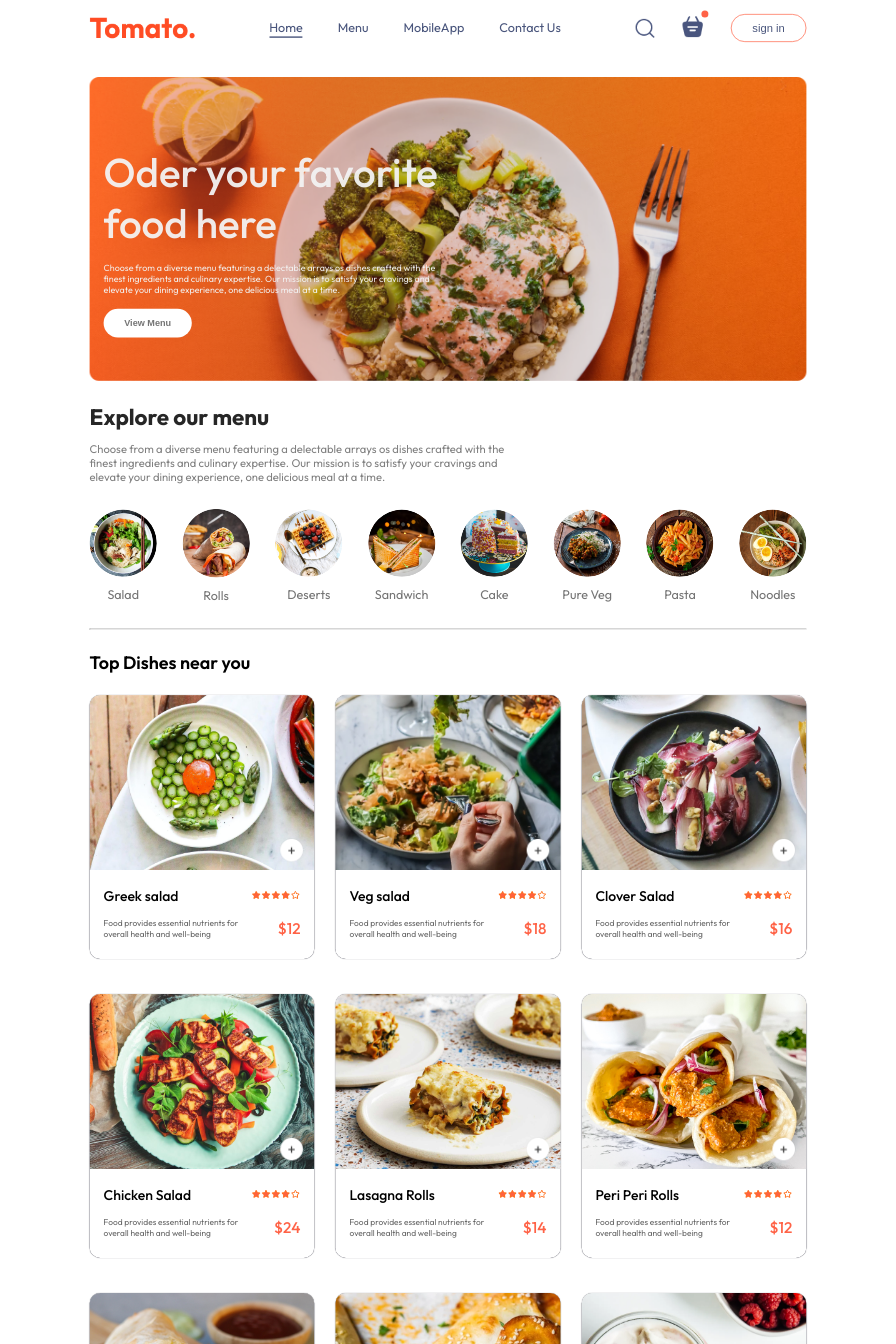
Repository: guilhermecardoso93/tomato-front-end
Page: /
An editor plug-in stored every save of this project. The page is shown before and after the next save, followed by the edit.
The browser window is 1280 px wide. The pictures show the part of the page from y = 0 to 1920 px (the page is 6357 px tall), at 70% of full size.
The project was rebuilt for these pictures with package versions that can differ from the ones it lists, and the page was loaded fresh each time. Also part of the build but not shown: vite.config.js, src/pages/Cart/styles.css, src/pages/Cart/index.jsx, src/pages/PlaceOrder/styles.css, src/pages/PlaceOrder/index.jsx.

Above is the page before, as saved 2024-10-31 19:17:32.

### index.html
<!doctype html>
<html lang="en">

<head>
    <meta charset="UTF-8" />
    <link rel="icon" type="image/svg+xml" href="" />
    <link rel="preconnect" href="https://fonts.googleapis.com">
    <link rel="preconnect" href="https://fonts.gstatic.com" crossorigin>
    <link href="https://fonts.googleapis.com/css2?family=Inter:ital,opsz,wght@0,14..32,100..900;1,14..32,100..900&family=Outfit:wght@100..900&display=swap" rel="stylesheet">
    <meta name="viewport" content="width=device-width, initial-scale=1.0" />
    <title>Tomato</title>
</head>

<body>
    <div id="root"></div>
    <script type="module" src="/src/main.jsx"></script>
</body>

</html>

### src/main.jsx
import { StrictMode } from "react";
import { createRoot } from "react-dom/client";
import "./index.css";
import { App } from "./App.jsx";
import { BrowserRouter } from "react-router-dom";
import StoreContextProvider from "./context/StoreContext.jsx";

createRoot(document.getElementById("root")).render(
  <BrowserRouter>
    <StoreContextProvider>
      <App />
    </StoreContextProvider>
  </BrowserRouter>
);

### src/index.css
* {
  padding: 0;
  margin: 0;
  box-sizing: border-box;
}

body {
  min-height: 100vh;
  font-family: "Outfit", sans-serif;
}

a {
  text-decoration: none;
  color: inherit;
}

.app {
  width: 80%;
  margin: auto;
  margin-bottom: 2rem;
}

@keyframes fadeIn {
  0% {
    opacity: 0;
  }

  100% {
    opacity: 1;
  }
}

### src/App.jsx
import { Routes, Route } from "react-router-dom";
import { Navbar } from "./components/Navbar";

import { Home } from "./pages/Home";
import { Cart } from "./pages/Cart";
import { PlaceOrder } from "./pages/PlaceOrder";
import { Footer } from "./components/Footer";

export function App() {
  return (
    <>
      <div className="app">
        <Navbar />
        <Routes>
          <Route path="/" element={<Home />} />
          <Route path="/cart" element={<Cart />} />
          <Route path="/order" element={<PlaceOrder />} />
        </Routes>
      </div>
      <Footer />
    </>
  );
}

### src/context/StoreContext.jsx
import { createContext, useEffect, useState } from "react";
import { food_list } from "../assets/assets";

export const StoreContext = createContext(null);

const StoreContextProvider = (props) => {
  const [cartItems, setCartItems] = useState({});

  const addCart = (itemId) => {
    if (!cartItems[itemId]) {
      setCartItems((prev) => ({ ...prev, [itemId]: 1 }));
    } else {
      setCartItems((prev) => ({ ...prev, [itemId]: prev[itemId] + 1 }));
    }
  };

  const removeFromCart = (itemId) => {
    setCartItems((prev) => ({ ...prev, [itemId]: prev[itemId] - 1 }));
  };

  const contextValue = {
    food_list,
    cartItems,
    setCartItems,
    addCart,
    removeFromCart,
  };

  useEffect(() => {
    console.log(cartItems);
  }, [cartItems]);

  return (
    <StoreContext.Provider value={contextValue}>
      {props.children}
    </StoreContext.Provider>
  );
};

export default StoreContextProvider;

### src/components/Navbar/index.jsx
import { useState } from "react";
import { assets } from "../../assets/assets";
import "./styles.css";

export const Navbar = () => {
  const [menu, setMenu] = useState("Home");

  return (
    <div className="navbar">
      <img src={assets.logo} alt="Logo" className="logo" />
      <ul className="navbar-menu">
        <li
          onClick={() => setMenu("Home")}
          className={menu === "Home" ? "active" : ""}
        >
          Home
        </li>
        <li
          onClick={() => setMenu("Menu")}
          className={menu === "Menu" ? "active" : ""}
        >
          Menu
        </li>
        <li
          onClick={() => setMenu("MobileApp")}
          className={menu === "MobileApp" ? "active" : ""}
        >
          MobileApp
        </li>
        <li
          onClick={() => setMenu("Contact Us")}
          className={menu === "Contact Us" ? "active" : ""}
        >
          Contact Us
        </li>
      </ul>
      <div className="navbar-right">
        <img src={assets.search_icon} alt="" />
        <div className="navbar-search-icon">
          <img src={assets.basket_icon} alt="" />
          <div className="dot"></div>
        </div>
        <button>sign in</button>
      </div>
    </div>
  );
};

### src/pages/Home/index.jsx
import { useState } from "react";
import { ExplorerMenu } from "../../components/ExplorerMenu";
import { Header } from "../../components/Header";
import "./styles.css";
import { FoodDisplay } from "../../components/FoodDisplay/Index";
import { AppDownload } from "../../components/AppDownload";

export const Home = () => {
  const [category, setCategory] = useState("All");

  return (
    <div>
      <Header />
      <ExplorerMenu category={category} setCategory={setCategory} />
      <FoodDisplay category={category} />
      <AppDownload />
    </div>
  );
};

### src/components/Footer/index.jsx
import { assets } from "../../assets/assets";
import "./styles.css";

export const Footer = () => {
  return (
    <footer id="footer">
      <div className="footer-container">
        <div className="footer-left">
          <img src={assets.logo} alt="" />
          <p>
            Lorem ipsum dolor sit amet, consectetur adipiscing elit. Vestibulum
            quis pellentesque erat, id dignissim dolor. Aliquam pulvinar erat et
            lacus dapibus, ornare viverra ipsum euismod. Suspendisse neque leo,
            iaculis et facilisis non, fringilla sit amet massa.
          </p>
          <div className="footer-social-icons">
            <img src={assets.facebook_icon} alt="" />
            <img src={assets.twitter_icon} alt="" />
            <img src={assets.linkedin_icon} alt="" />
          </div>
        </div>
        <div className="footer-center">
          <h2>COMPANY</h2>
          <ul>
            <li>Home</li>
            <li>About Us</li>
            <li>Delivery</li>
            <li>Privacy Policy</li>
          </ul>
        </div>
        <div className="footer-right">
          <h2>GET IN TOUCH</h2>
          <ul>
            <li>+1-2222-2222</li>
            <li>tomato@restaurant.com</li>
          </ul>
        </div>
      </div>
      <hr />
      <p className="footer-copy-rights">
        Copyrights 2024 Tomato.com - All rights reserved.
      </p>
    </footer>
  );
};

### src/components/Navbar/styles.css
.navbar {
  padding: 20px 0px;
  display: flex;
  justify-content: space-between;
  align-items: center;
}

.navbar .logo {
  width: 150px;
}

.navbar-menu {
  display: flex;
  list-style: none;
  gap: 50px;
  color: #49557c;
  font-size: 18px;
}

.navbar li {
  cursor: pointer
}

.navbar-right {
  display: flex;
  align-items: center;
  gap: 40px;
}

.navbar button {
  background: transparent;
  font-size: 16px;
  color: #49557c;
  border: 1px solid tomato;
  padding: 10px 30px;
  border-radius: 50px;
  cursor: pointer;
  transition: 0.3s;
}

.navbar button:hover {
  background: #fff4f2;
}

.navbar .active {
  padding-bottom: 2px;
  border-bottom: 2px solid #49557c;
}

.navbar-search-icon {
  position: relative;
}

.navbar-search-icon .dot {
  position: absolute;
  min-height: 10px;
  min-width: 10px;
  background-color: tomato;
  border-radius:  5px;
  top: -8px;
  right: -8px;
}

### src/components/ExplorerMenu/index.jsx
import { menu_list } from "../../assets/assets";

import "./styles.css";

export const ExplorerMenu = ({ category, setCategory }) => {
  return (
    <div className="explorer-menu" id="explore-menu">
      <h1>Explore our menu</h1>
      <p className="explore-menu-text">
        Choose from a diverse menu featuring a delectable arrays os dishes
        crafted with the finest ingredients and culinary expertise. Our mission
        is to satisfy your cravings and elevate your dining experience, one
        delicious meal at a time.
      </p>
      <div className="explore-menu-list">
        {menu_list.map((item, index) => {
          return (
            <div
              className="explore-menu-list-item"
              key={index}
              onClick={() =>
                setCategory((prev) =>
                  prev === item.menu_name ? "All" : item.menu_name
                )
              }
            >
              <img
                src={item.menu_image}
                alt=""
                className={category === item.menu_name ? "active" : ""}
              />
              <p className={category === item.menu_name ? "active-text" : ""}>
                {item.menu_name}
              </p>
            </div>
          );
        })}
      </div>
      <hr />
    </div>
  );
};

### src/components/Header/index.jsx
import "./styles.css";

export const Header = () => {
  return (
    <div className="header">
      <div className="header-container">
        <h2>Oder your favorite food here</h2>
        <p>
          Choose from a diverse menu featuring a delectable arrays os dishes
          crafted with the finest ingredients and culinary expertise. Our
          mission is to satisfy your cravings and elevate your dining
          experience, one delicious meal at a time.
        </p>
        <button> View Menu</button>
      </div>
    </div>
  );
};

### src/components/FoodDisplay/Index.jsx
import { useContext } from "react";
import { StoreContext } from "../../context/StoreContext";
import { FoodItem } from "../FoodItem";

import "./styles.css";

export const FoodDisplay = ({ category }) => {
  const { food_list } = useContext(StoreContext);

  return (
    <div className="food-display" id="food-display">
      <h2>Top Dishes near you</h2>
      <div className="food-display-list">
        {food_list.map((item, index) => {
          if (category === "All" || category === item.category) {
            return (
              <FoodItem
                key={index}
                id={item._id}
                name={item.name}
                description={item.description}
                price={item.price}
                image={item.image}
              />
            );
          }
        })}
      </div>
    </div>
  );
};

### src/components/AppDownload/index.jsx
import { assets } from "../../assets/assets";

import "./styles.css";

export const AppDownload = () => {
  return (
    <div className="app-download" id="app-download">
      <p>
        For Better Experience Download <br /> TomatoApp
      </p>
      <div className="app-download-platforms">
        <img src={assets.play_store} alt="" />
        <img src={assets.app_store} alt="" />
      </div>
    </div>
  );
};

### src/components/Footer/styles.css
footer {
  color: #d9d9d9;
  background-color: #323232;
  display: flex;
  align-items: center;
  flex-direction: column;
  gap: 20px;
  padding: 20px 8vw;
  padding-top: 80px;
  margin-top: 40px;
}

.footer-container {
  width: 100%;
  display: grid;
  grid-template-columns: 2fr 1fr 1fr;
  gap: 50px;
}

.footer-left, .footer-right, .footer-center {
  display: flex;
  flex-direction: column;
  align-items: start;
  gap: 20px;
}

footer li {
  list-style: none;
  margin-bottom: 10px;
  cursor: pointer;
}

footer h2 {
  color: #f2f2f2;
}

.footer-social-icons {
  display: flex;
  gap: 15px;
  width: 40px;
  margin-right: 15px;
}

footer hr {
  width: 100%;
  height: 2px;
  margin: 10px 0;
  background-color: gray;
  border: none;
}

### src/components/ExplorerMenu/styles.css
.explorer-menu {
  display: flex;
  flex-direction: column;
  gap: 1rem;
}

.explorer-menu h1 {
  color: #262626;
  font-size: 500;
}

.explore-menu-text {
  max-width: 60%;
  color: #808080;
}

.explore-menu-list {
  display: flex;
  justify-content: space-between;
  align-items: center;
  gap: 30px;
  text-align: center;
  margin: 20px 0px;
  overflow-x: scroll;
}

.explore-menu-list::-webkit-scrollbar {
  display: none;
}

.explore-menu-list img {
  width: 7.5vw;
  min-width: 80px;
  cursor: pointer;
  border-radius: 50%;
  transition: 0.2s;
}

.explore-menu-list p {
  margin-top: 10px;
  color: #747474;
  font-size: max(1.4vw, 16px);
  cursor: pointer;
}

.explore-menu hr {
  margin: 10px 0px;
  height: 2px;
  background: #e2e2e2;
  border: none;
}

.explore-menu-list .active {
  border: 4px solid tomato;
  padding: 2px;
}

.explore-menu-list .active-text {
  color: tomato;
}

### src/components/Header/styles.css
.header {
  height: 34vw;
  margin: 30px auto;
  background: url('../../assets/header_img.png') no-repeat;
  background-size: contain;
  position: relative;
}



.header-container {
  position: absolute;
  display: flex;
  flex-direction: column;
  align-items: start;
  padding: 20px;
  gap: 1.5vw;
  max-width: 52%;
  bottom: 10%;
  animation: fadeIn 3s;
}


.header-container h2 {
  font-weight: 500;
  color: #f2f2f2f2;
  font-size: max(4.5vw, 22px);
}


.header-container p {
  color: #f2f2f2f2;
  font-size: 1vw;
}


.header-container button {
  border: none;
  color: #747474;
  font-weight: 700;
  padding: 1vw 2.3vw;
  background: white;
  font-size: max(1vw, 13px);
  border-radius: 50px;
}

### src/components/FoodItem/index.jsx
import { useContext } from "react";
import { assets } from "../../assets/assets";
import "./styles.css";
import { StoreContext } from "../../context/StoreContext";

export const FoodItem = ({ id, name, price, description, image }) => {
  const { removeFromCart, addCart, cartItems } = useContext(StoreContext);

  return (
    <div className="food-item" id={id}>
      <div className="food-item-image-container">
        <img src={image} alt={name} className="food-item-image" />
        {!cartItems[id] ? (
          <img
            src={assets.add_icon_white}
            alt="Adicionar ao carrinho"
            className="add"
            onClick={() => addCart(id)}
          />
        ) : (
          <div className="food-item-counter">
            <img
              src={assets.remove_icon_red}
              alt="Remover do carrinho"
              onClick={() => removeFromCart(id)}
            />
            <p>{cartItems[id]}</p>
            <img
              src={assets.add_icon_green}
              alt="Adicionar ao carrinho"
              onClick={() => addCart(id)}
            />
          </div>
        )}
      </div>
      <div className="food-item-info">
        <div className="food-item-name-rating">
          <p>{name}</p>
          <img src={assets.rating_starts} alt="Rating" />
        </div>
        <div className="food-item-prices">
          <p className="food-item-description">{description}</p>
          <p className="food-item-price">${price}</p>
        </div>
      </div>
    </div>
  );
};

### src/components/FoodDisplay/styles.css
.food-display {
  margin-top: 30px;
}

.food-display h2 {
  font-size: max(2vw, 24px);
  font-weight: 600;
}


.food-display-list {
  display: grid;
  grid-template-columns: repeat(auto-fill, minmax(240px, 1fr));
  margin-top: 30px;
  gap: 30px;
  row-gap: 50px;
}

### src/components/AppDownload/styles.css
.app-download {
  margin: auto auto;
  margin-top: 100px;
  font-size: max(3vw, 20px);
  text-align: center;
  font-weight: 500;
}

.app-download-platforms {
  display: flex;
  justify-content: center;
  gap: max(3vw, 20px);
  margin-top: 40px;
}

.app-download-platforms img {
  width: max(30vw, 120px);
  max-width: 180px;
  transition: 0.5s;
  cursor: pointer;
}

.app-download-platforms img:hover {
  transform: scale(1.05);
}

### src/components/FoodItem/styles.css
.food-item {
  width: 100%;
  margin: auto;
  border-radius: 15px;
  box-shadow: 0px 0px 1px #000015;
  transition: 0.3s;
  animation: fadeIn 1s;
}

.food-item-image {
  width: 100%;
  border-radius: 15px 15px 0px 0px;
}

.food-item-image-container {
  position: relative;
}

.food-item-image-container .add {
  position: absolute;
  width: 35px;
  bottom: 15px;
  right: 15px;
  cursor: pointer;
  border-radius: 50%;
}

.food-item-counter {
  position: absolute;
  bottom: 15px;
  right: 15px;
  display: flex;
  align-items: center;
  gap: 10px;
  border-radius: 50px;
  background-color: #f2f2f2;
  padding: 3px;
  font-weight: 700;
}

.food-item-counter img {
  width: 30px;
}

.food-item-info {
  padding: 20px;
}

.food-item-name-rating {
  display: flex;
  justify-content: space-between;
  align-items: center;
  margin-bottom: 10px;
}

.food-item-name-rating p {
  font-size: 20px;
  font-weight: 500;
}

.food-item-name-rating img {
  width: 70px;
}

.food-item-prices {
  display: flex;
  justify-content: space-between;
  align-items: center;
  gap: 10px;
}

.food-item-description {
  color: #676767;
  font-size: 12px;
  width: 75%;
}

.food-item-price {
  color: tomato;
  font-size: 22px;
  font-weight: 500;
  margin: 10px 0;
}

Loaded but not shown: src/assets/assets.js (350 lines, source omitted); src/pages/Home/styles.css (no stored copy; drawn as an empty file)

After the next save:
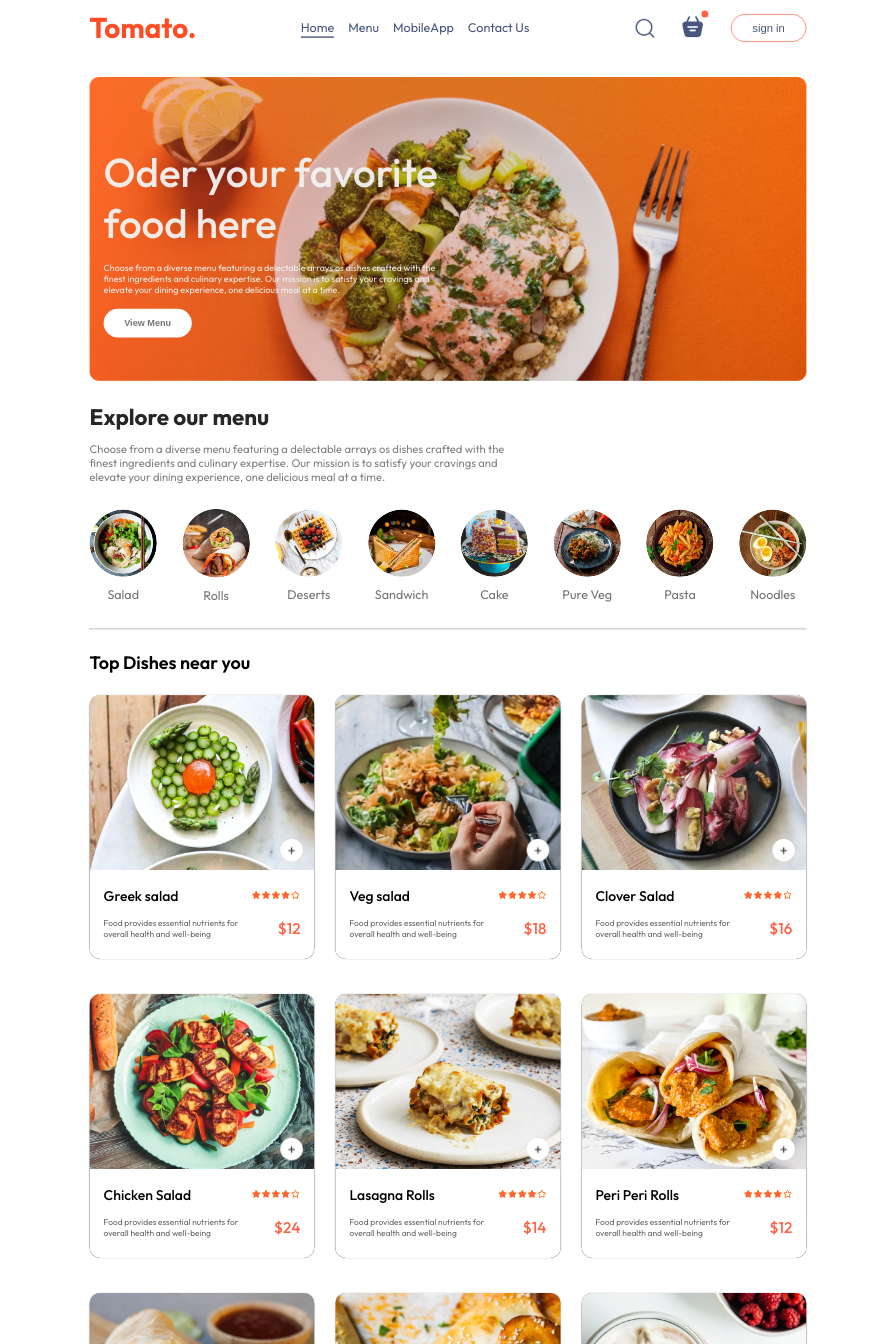
Saved 11 s later.
--- a/src/components/Navbar/styles.css
+++ b/src/components/Navbar/styles.css
@@ -12,8 +12,8 @@
 .navbar-menu {
   display: flex;
   list-style: none;
-  gap: 50px;
-  color: #49557c;
+  gap: 20px;
+  color: #49557e;
   font-size: 18px;
 }
 
